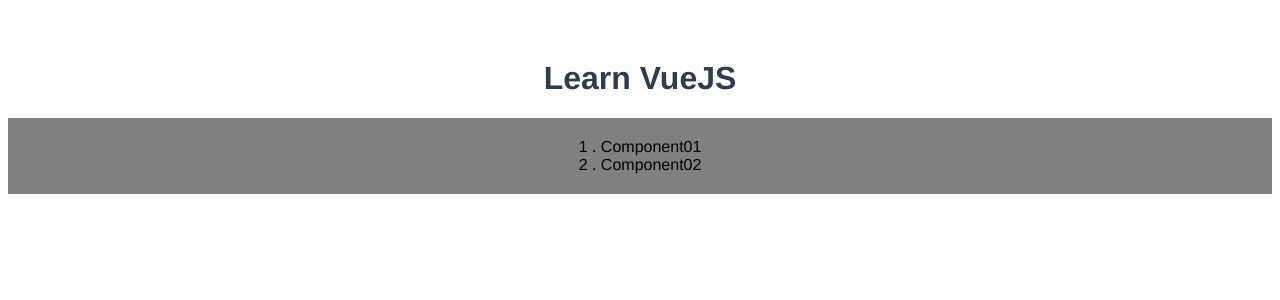
Repository: SWE-VueJS/vue-todo
Page: /
An editor plug-in stored every save of this project. The page is shown before and after the next save, followed by the edit.
The browser window is 1280 px wide. The pictures show the whole page.
The project was rebuilt for these pictures with package versions that can differ from the ones it lists, and the page was loaded fresh each time. Also part of the build but not shown: src/components/Component01.vue, src/components/Component02.vue.

Above is the page before, as saved 2018-11-01 09:25:00.

### index.html
<!DOCTYPE html>
<html>
  <head>
    <meta charset="utf-8">
    <meta name="viewport" content="width=device-width,initial-scale=1.0">
    <title>vue-learn</title>
  </head>
  <body>
    <div id="app"></div>
    <!-- built files will be auto injected -->
  </body>
</html>

### src/App.vue
<template>
  <div id="app">
    <h1>{{title}}</h1>
    <div class="list-cpn">
      <ul class="list flexbox justify-content-center">
        <li class="item" v-for="(item, index) in listComponents" :key="index">
          <router-link :to="{path: item.link }">{{index + 1}} . {{item.name}}</router-link>
        </li>
      </ul>
    </div>
    <router-view/>
  </div>
</template>

<script>
import cpn01 from '@/components/Component01'
import cpn02 from '@/components/Component02'
export default {
  components: {cpn01, cpn02},
  name: 'App',
  data: function(){
    return {
      title: 'Learn VueJS',
      listComponents: [
        {name: 'Component01', link: 'Component01'},
        {name: 'Component02', link: 'Component02'}
      ]
    }
  }
}
</script>

<style>
a{
  color: #000;
  text-decoration: none;
}
#app {
  font-family: 'Avenir', Helvetica, Arial, sans-serif;
  -webkit-font-smoothing: antialiased;
  -moz-osx-font-smoothing: grayscale;
  text-align: center;
  color: #2c3e50;
  margin-top: 60px;
}
.flexbox{
  display: flex;
}
.justify-content-center{
  justify-content: center;
}
.list{
  list-style: none;
  flex-direction: column;
  background-color: gray;
  padding: 20px;
}
</style>

### src/router/index.js
import Vue from 'vue'
import Router from 'vue-router'
import Component01 from '@/components/Component01'
import Component02 from '@/components/Component02'

Vue.use(Router)

export default new Router({
  routes: [
    {
      path: '/Component01',
      name: 'cpn01',
      component: Component01
    },
    {
      path: '/Component02',
      name: 'cpn02',
      component: Component02
    }
  ]
})

Loaded but not shown: src/main.js (common file)

After the next save:
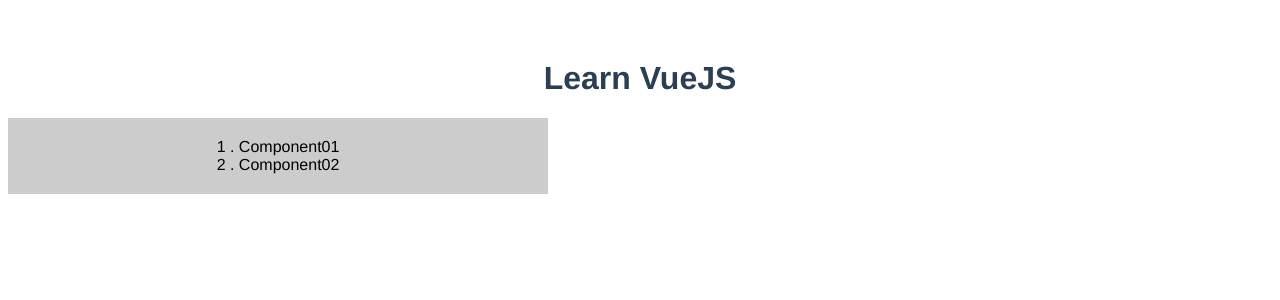
Saved 24 s later.
--- a/src/App.vue
+++ b/src/App.vue
@@ -52,7 +52,8 @@
 .list{
   list-style: none;
   flex-direction: column;
-  background-color: gray;
+  background-color: #ccc;
   padding: 20px;
+  max-width: 500px;
 }
 </style>
